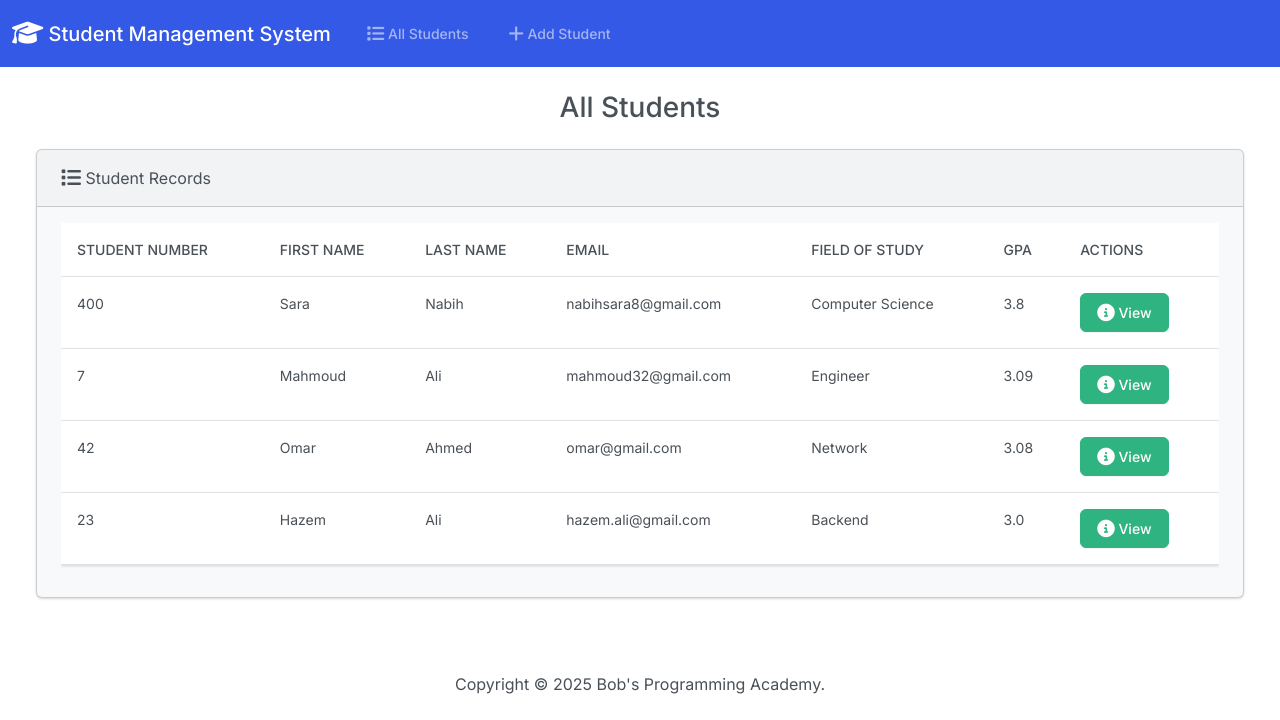
Repository: saraanbih/Student-Management-System
Page: http://localhost/
These files come from the project's save history. The page is drawn as it stood at one moment and after a run of saves; the edit follows.
The browser window is 1280 px wide. The pictures show the whole page.
Some web libraries are served in a nearby version. The page is served by the project's application, run on Django 5.2 (manage.py). The page reads the database file committed with the project.

Above is the page before, as saved 2025-09-12 23:26:04.

After the next 4 saves:
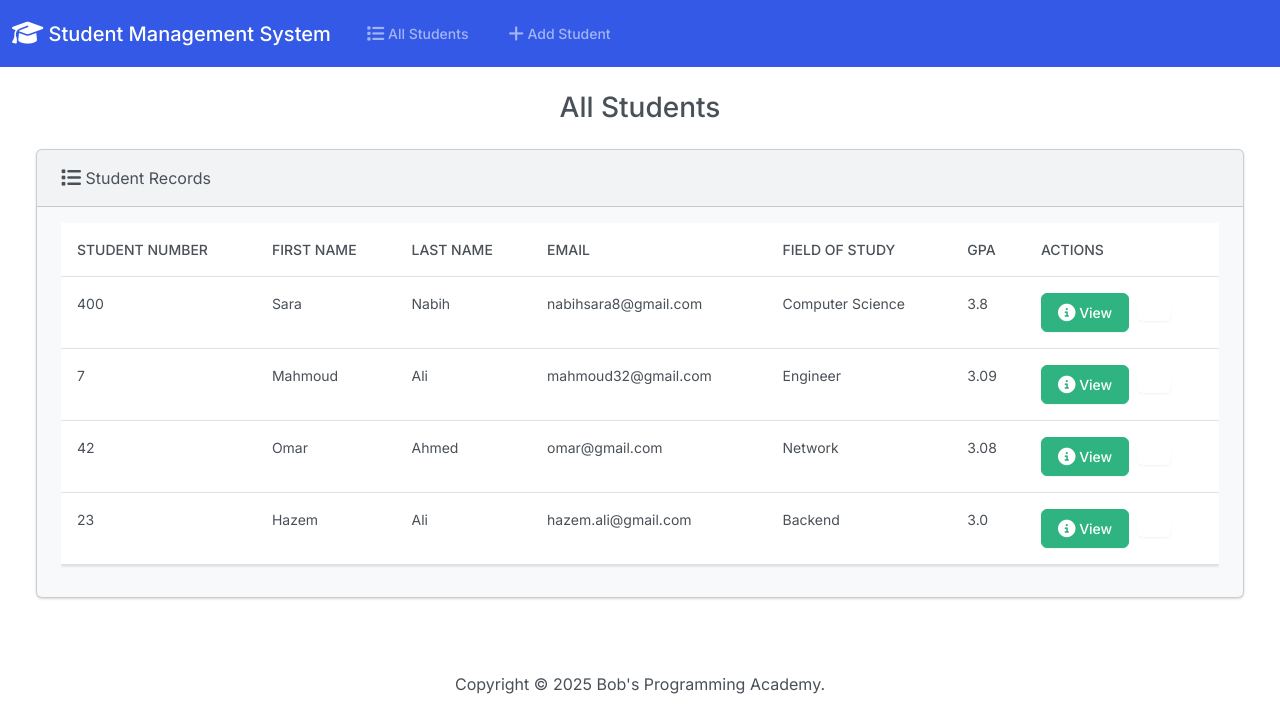
The 4 saves are shown as one change because they came seconds apart.
The last was saved 15 s later.
--- a/students/templates/students/index.html
+++ b/students/templates/students/index.html
@@ -69,6 +69,7 @@
                           </div>
                         </div>
 
+                        <a class="btn btn"></a>
                       </td>
                     </tr>
                   {% endfor %}
